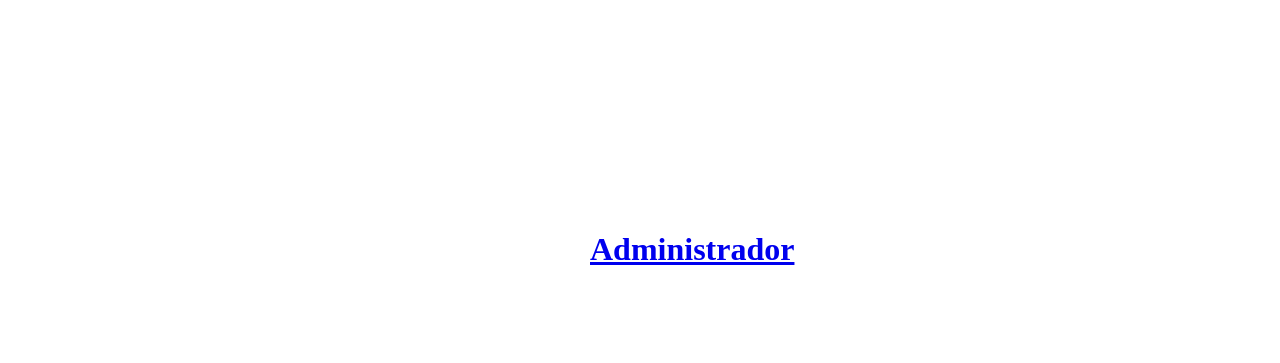
Repository: JacksonPassos/JAAS
Page: http://localhost/gerenciador/jsp/index.jsp
An editor plug-in stored every save of this project. The page is shown before and after the next save, followed by the edit.
The browser window is 1280 px wide. The pictures show the whole page.
The page is served by Tomcat 9. Other server files are loaded and not shown.

Above is the page before, as saved 2017-05-15 05:06:26.

### gerenciador/WebContent/jsp/index.jsp
<%@page contentType="text/html" pageEncoding="UTF-8"%>
<!DOCTYPE html>
<html>
    <head>
        <meta http-equiv="Content-Type" content="text/html; charset=UTF-8">
        <style type="text/css">
			body {
			margin:0;
			padding:0;
			text-align:center;
			}
			#pagina {
			width: 100px;
			margin: 200px auto;
			padding: 10px;
			text-align:left;
			}
			#msg {
			text-align:center;
			}
		</style>
        <title>JSP Page</title>
    </head>
    <body>
        <div id="pagina">
        	<div id="msg">
        		<h1><a href="../admin/restricted.jsp">Administrador</a></h1>
        		<h1><a href="../user/allowed.jsp"></a></h1>
        	</div>
        </div>
    </body>
</html>

After the next save:
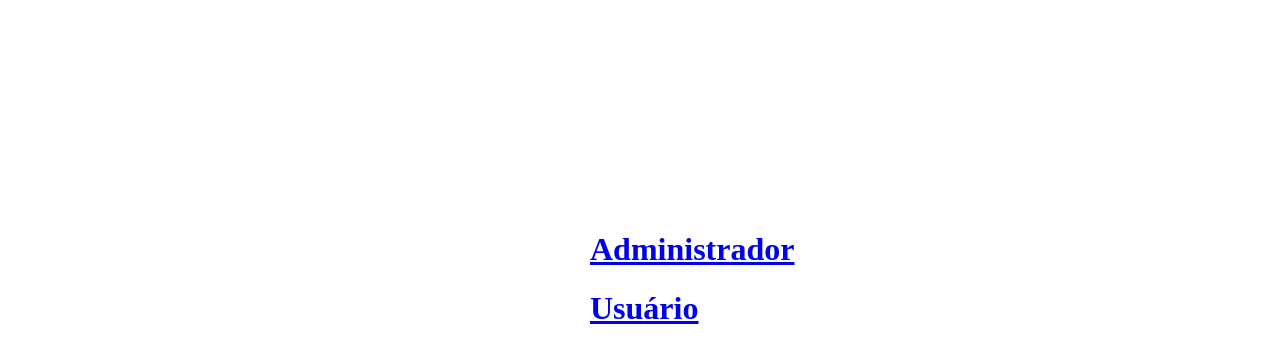
Saved 103 s later.
--- a/gerenciador/WebContent/jsp/index.jsp
+++ b/gerenciador/WebContent/jsp/index.jsp
@@ -25,7 +25,7 @@
         <div id="pagina">
         	<div id="msg">
         		<h1><a href="../admin/restricted.jsp">Administrador</a></h1>
-        		<h1><a href="../user/allowed.jsp"></a></h1>
+        		<h1><a href="../user/allowed.jsp">Usuário</a></h1>
         	</div>
         </div>
     </body>
